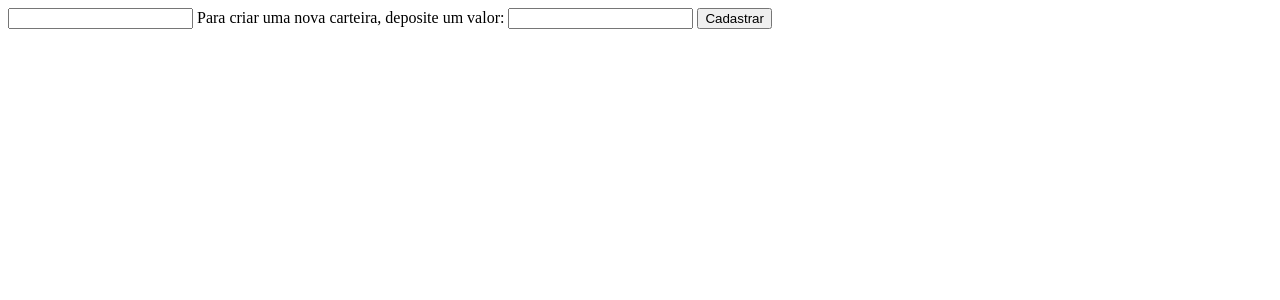
Repository: viniciusrodriguesb/IntegradorJava
Page: http://localhost/Carteira/resultCadastrar.jsp
These files come from the project's save history. The page is drawn as it stood at one moment and after the next save; the edit follows.
The browser window is 1280 px wide. The pictures show the whole page.
The page is served by Tomcat 9. Other server files are loaded and not shown.

Above is the page before, as saved 2022-06-21 00:41:44.

### Carteira/src/main/webapp/resultCadastrar.jsp
<%@ page language="java" contentType="text/html; charset=ISO-8859-1"
    pageEncoding="ISO-8859-1"%>
<!DOCTYPE html>
<html>
<head>
<meta charset="ISO-8859-1">
<title>Cadastrar sua carteira</title>
</head>
<body>

	<form action="IncluirCarteiraServlet" method="POST">
		<input type="text" name="nomeC" id="nomeC"/>

		<label>Para criar uma nova carteira, deposite um valor: </label>
		<input type="number" name="saldoC" id="saldoC"/>

		<input type="submit" value="Cadastrar"/>
	</form>
</body>
</html>

After the next save:
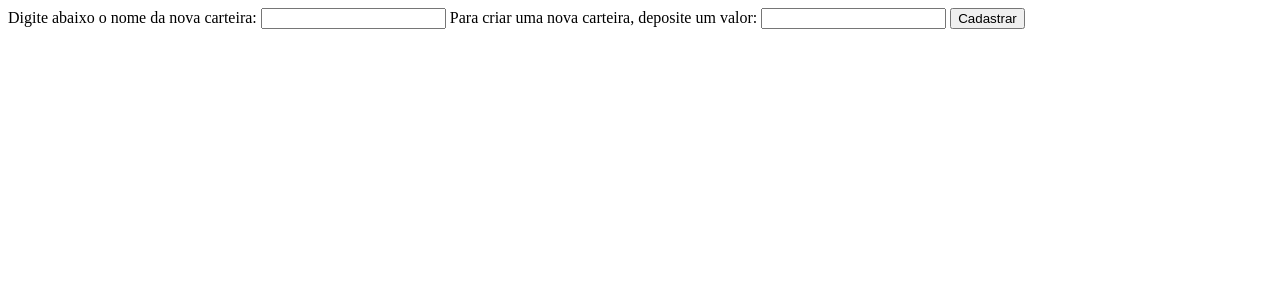
Saved 22 s later.
--- a/Carteira/src/main/webapp/resultCadastrar.jsp
+++ b/Carteira/src/main/webapp/resultCadastrar.jsp
@@ -9,6 +9,8 @@
 <body>
 
 	<form action="IncluirCarteiraServlet" method="POST">
+
+		<label>Digite abaixo o nome da nova carteira: </label>
 		<input type="text" name="nomeC" id="nomeC"/>
 
 		<label>Para criar uma nova carteira, deposite um valor: </label>
